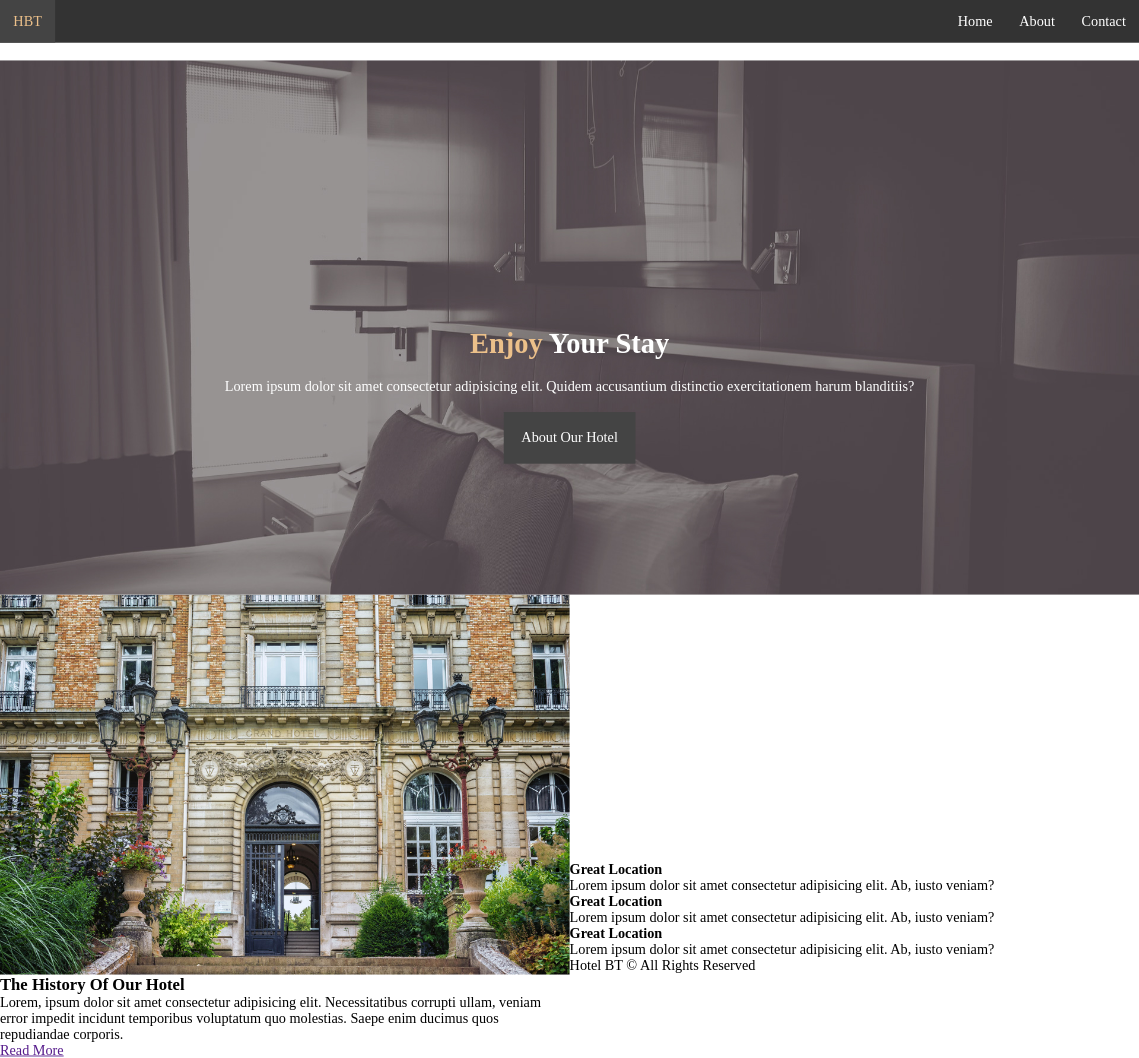
Repository: reemoon-ctrl/hotel-website
Page: 35 - hotel-website/index.html
The author's editor kept a copy of each file at every save. The page is drawn from the files as they stood at one save, then again after a run of saves.
The browser window is 1280 px wide. The pictures show the whole page, at 89% of full size.

Above is the page before, as saved 2024-07-21 12:22:30.

### 35 - hotel-website/index.html
<!DOCTYPE html>
<html lang="en">
<head>
    <meta charset="UTF-8">
    <meta name="viewport" content="width=device-width, initial-scale=1.0">
    <title>Document</title>
    <link rel="stylesheet" href="index.css"/>
</head>
<body>
    <header>
        <ul class="nav-bar">
            <li class="title"><a href="">HBT</a></li>
            <li class="bag-nav"><a href=" ">Contact</a></li>
            <li class="bag-nav"><a href="">About</a></li>
            <li class="bag-nav"><a href="">Home</a></li>
        </ul>

    </header>

    <header class="mainheader" >
        <div class="mainheadertxt">
            <h1><span class="fword">Enjoy</span> Your Stay</h1>
            <p>Lorem ipsum dolor sit amet
                consectetur adipisicing elit.
                Quidem accusantium distinctio
                exercitationem harum blanditiis?
            </p>
            <a href="#" >About Our Hotel</a>
        </div>
    </header>

    <main class="main-content">
        <img class="hotelimg"src="img\photo-1.jpg" alt="hotel-img">
        <div class="hotel-disc">
            <h3>The History Of Our Hotel</h3>
            <p>Lorem, ipsum dolor sit amet consectetur adipisicing elit. Necessitatibus corrupti ullam, veniam error impedit incidunt temporibus voluptatum quo molestias. Saepe enim ducimus quos repudiandae corporis.</p>
            <a href="">Read More</a>
        </div>

    </main>

    <aside class="aside-bar">
        <ul>
            <li><h4>Great Location</h4>
                <p>Lorem ipsum dolor sit amet consectetur adipisicing elit. Ab, iusto veniam?</p>
            </li>
            <li><h4>Great Location</h4>
                <p>Lorem ipsum dolor sit amet consectetur adipisicing elit. Ab, iusto veniam?</p>
            </li>
            <li><h4>Great Location</h4>
                <p>Lorem ipsum dolor sit amet consectetur adipisicing elit. Ab, iusto veniam?</p>
            </li>
        </ul>
    </aside>

    <footer>
        <p>Hotel BT &copy; All Rights Reserved</p>

    </footer>

</body>
</html>

### 35 - hotel-website/index.css
*{
    padding: 0px;
    margin: 0px;
    box-sizing: border-box;

}
.nav-bar{
    list-style:none;
    overflow: auto;
    /* clear:both; */
    background: #333333;
}
.title{
    float: left;
}
.bag-nav{
    float: right;
}
.nav-bar li a{
    text-decoration: none;
    padding: 15px;
    display: inline-block;
    color: #fff;
}
.nav-bar li a:hover{
    background: #444444;
    color:#ecc08a;
}

.mainheader{
     background-image: url("img/showcase.jpg")  ;
   /* background-size:cover;


    height: 600px; */


  background-color: #cccccc;
  height: 600px;
  background-position: center;
  background-repeat: no-repeat;
  background-size: cover;
  position: relative;
}
.mainheadertxt{
    margin: auto;
    top:50%;
    position:relative;
    text-align: center;
    margin-top: 20px;
    color:#fff;
}
.mainheadertxt h3{
    font-size:xx-large;

}

.mainheadertxt p{
    margin:20px;
}
.mainheadertxt a{
    position:relative;
    display: block;
    width: fit-content;
    background: #444444;
    text-decoration:none ;
    color: #fff;
    top:50%;
    margin:auto;


    padding: 20px;
}
.fword{
    color:#ecc08a
}
.main-content{
    width:100%;
    height:300px;

}
.hotelimg{
    width:50%;
    float:left;
}
.hotel-disc{
    width:50%
}

After the next 4 saves:
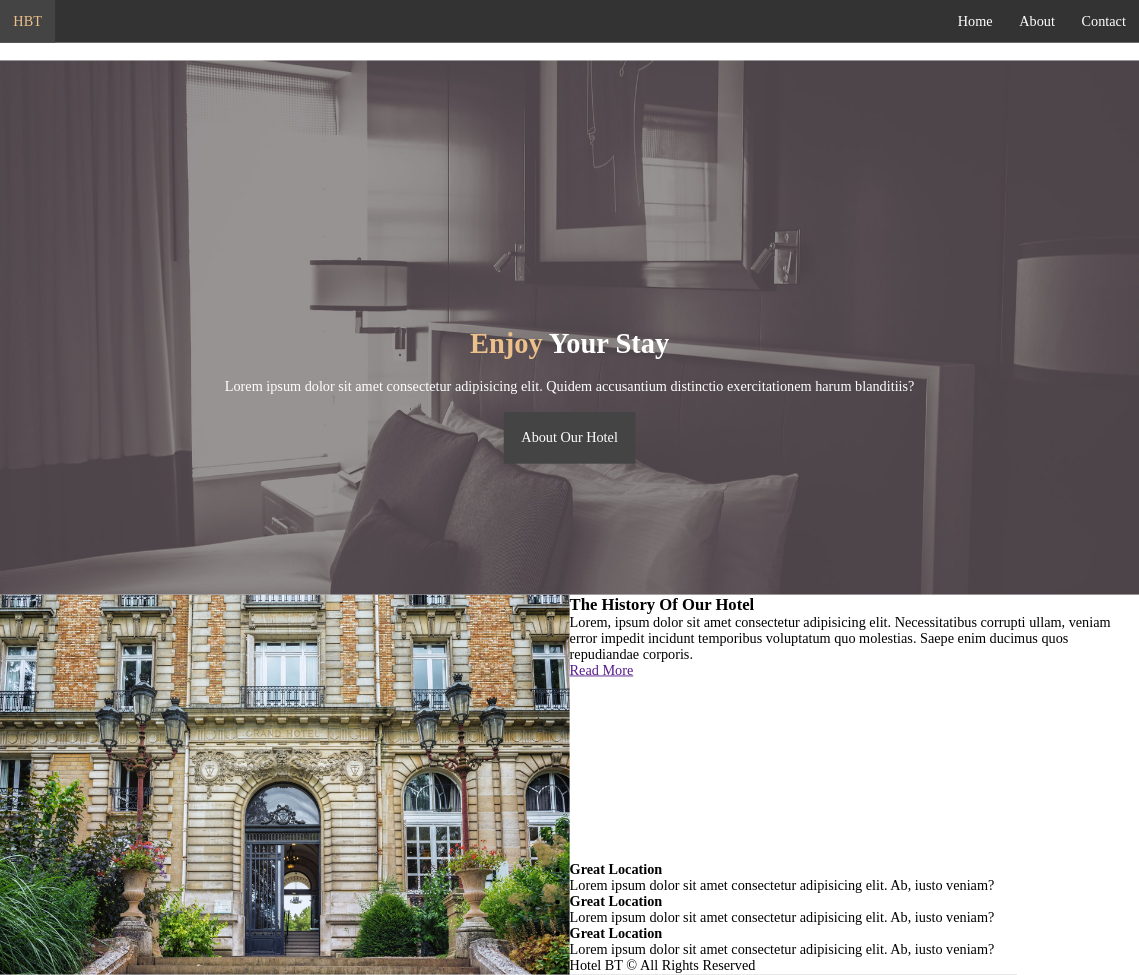
The 4 saves are shown as one change because they came seconds apart.
The last was saved 34 s later.
--- a/35 - hotel-website/index.css
+++ b/35 - hotel-website/index.css
@@ -84,5 +84,6 @@
     float:left;
 }
 .hotel-disc{
-    width:50%
+    width:50%;
+    float:right;
 }
